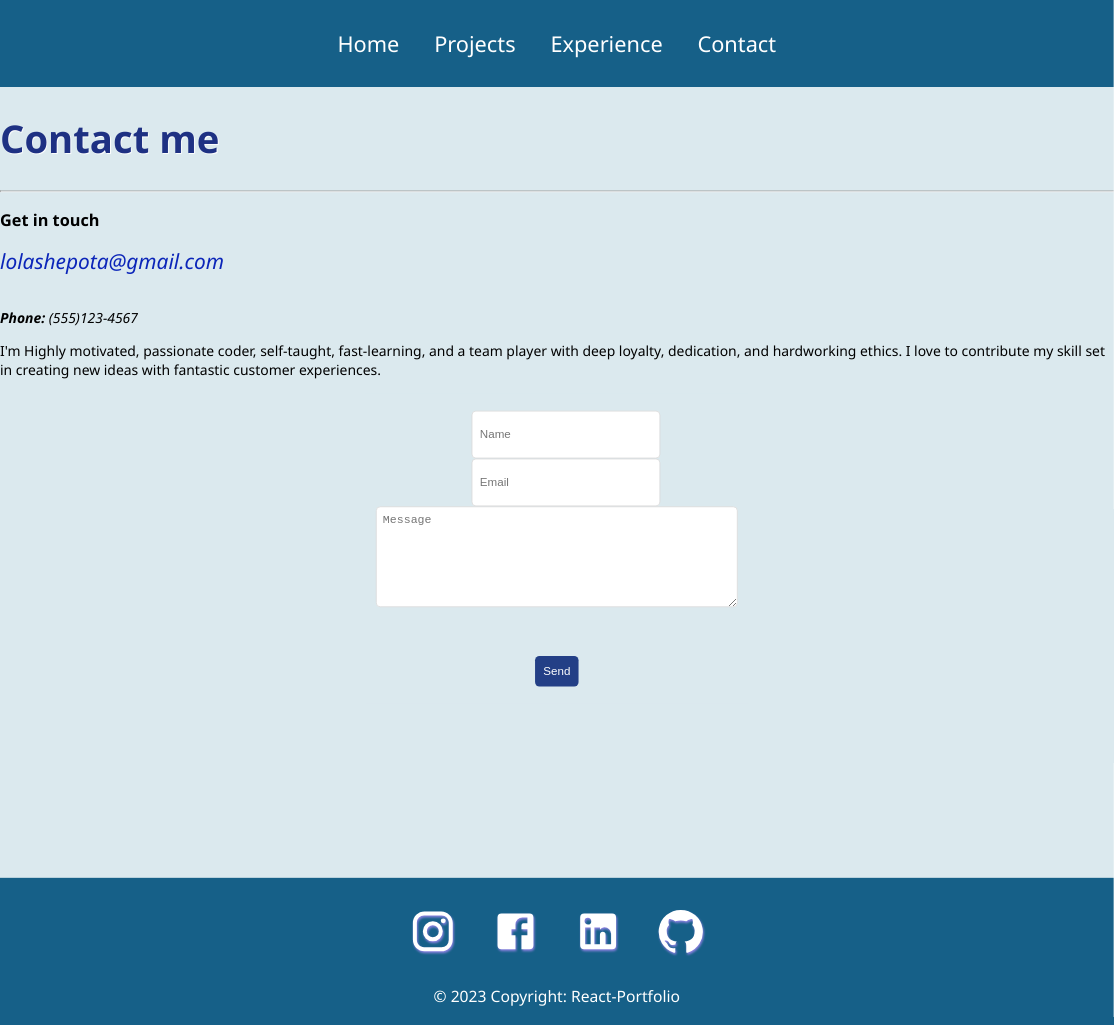
Repository: LolaSL/react-portfolio
Page: /contact
The author's editor kept a copy of each file at every save. The page is drawn from the files as they stood at one save, then again after the next save.
The browser window is 1280 px wide. The pictures show the whole page, at 87% of full size.
The project was rebuilt for these pictures with package versions that can differ from the ones it lists, and the page was loaded fresh each time. Also part of the build but not shown: src/pages/Home/Style.css, src/pages/Home/Home.jsx, src/components/ProjectItem/Style.css, src/components/ProjectItem/ProjectItem.jsx, src/helpers/ProjectList.js, src/pages/Projects/Style.css, src/pages/Projects/Projects.jsx, src/pages/Experience/Style.css and 2 more.

Above is the page before, as saved 2023-09-26 10:54:40.

After the next save:
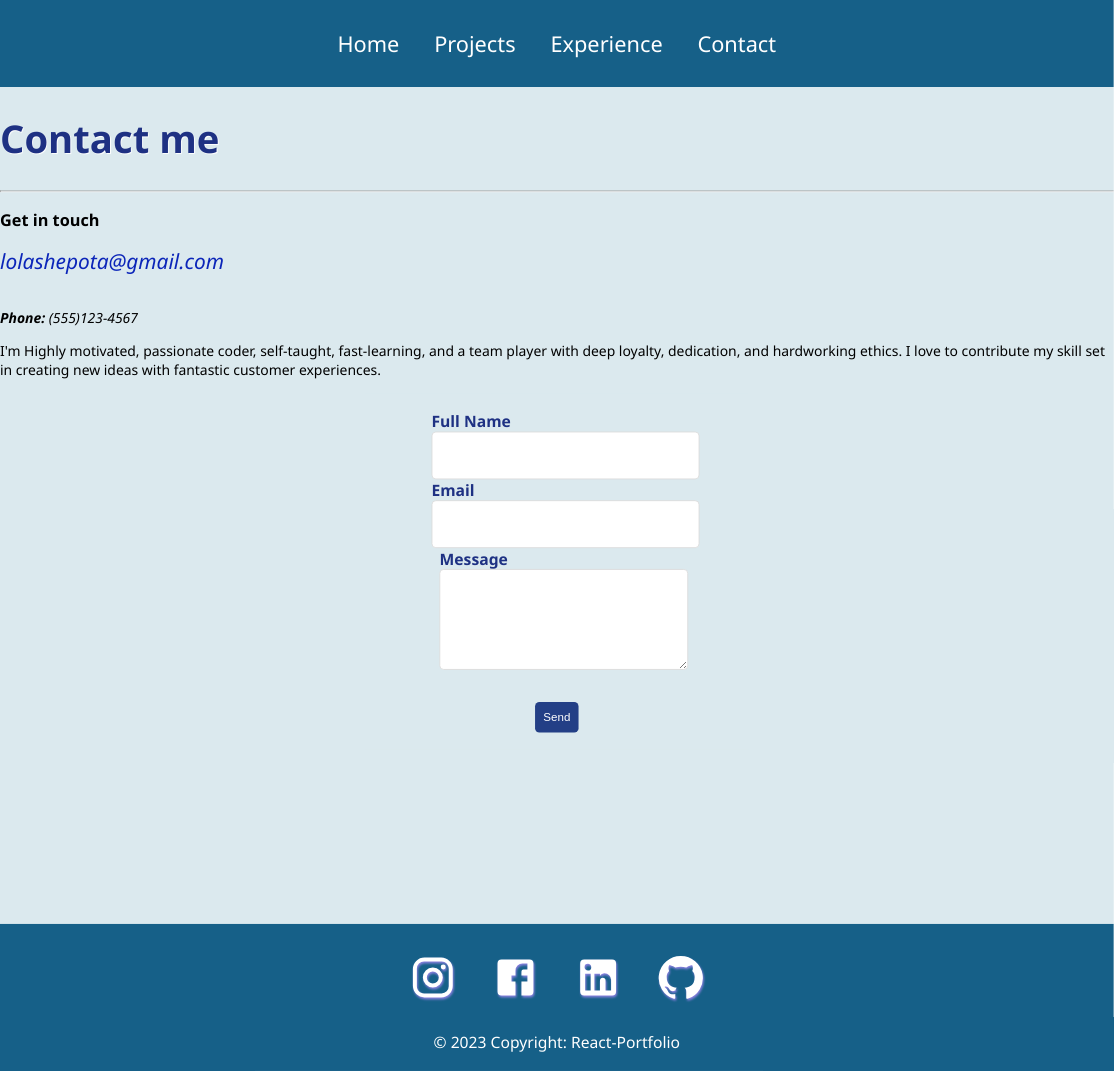
Saved 2 min 49 s later.
--- a/src/pages/Contact/Contact.jsx
+++ b/src/pages/Contact/Contact.jsx
@@ -155,35 +155,38 @@ const ContactForm = () => {
           <form ref={form} onSubmit={sendEmail} className="contact-form w-100">
             <Row>
               <Col lg={6} md={6} sm={12} className="form-group">
+                <label htmlFor="name">Full Name</label>
                 <input
                   className="form-control"
                   id="name"
                   name="name"
-                  placeholder="Name"
                   type="text"
                   required
                 />
               </Col>
               <Col lg={6} md={6} sm={12} className="form-group">
+                <label htmlFor="email">Email</label>
                 <input
                   className="form-control rounded-0"
                   id="email"
                   name="email"
-                  placeholder="Email"
                   type="email"
                   required
                 />
               </Col>
             </Row>
-            <textarea
-              className="form-control rounded-0"
-              id="message"
-              name="message"
-              placeholder="Message"
-              rows="5"
-              required
-            ></textarea>
-            <br />
+            <Row>
+              <Col lg={12} md={12} sm={12} className="form-group">
+                <label htmlFor="message">Message</label>
+                <textarea
+                  className="form-control rounded-0"
+                  id="message"
+                  name="message"
+                  rows="5"
+                  required
+                ></textarea>
+              </Col>
+            </Row>
             <Row>
               <Col lg={12} md={12} sm={12} className="form-group">
                 <input
